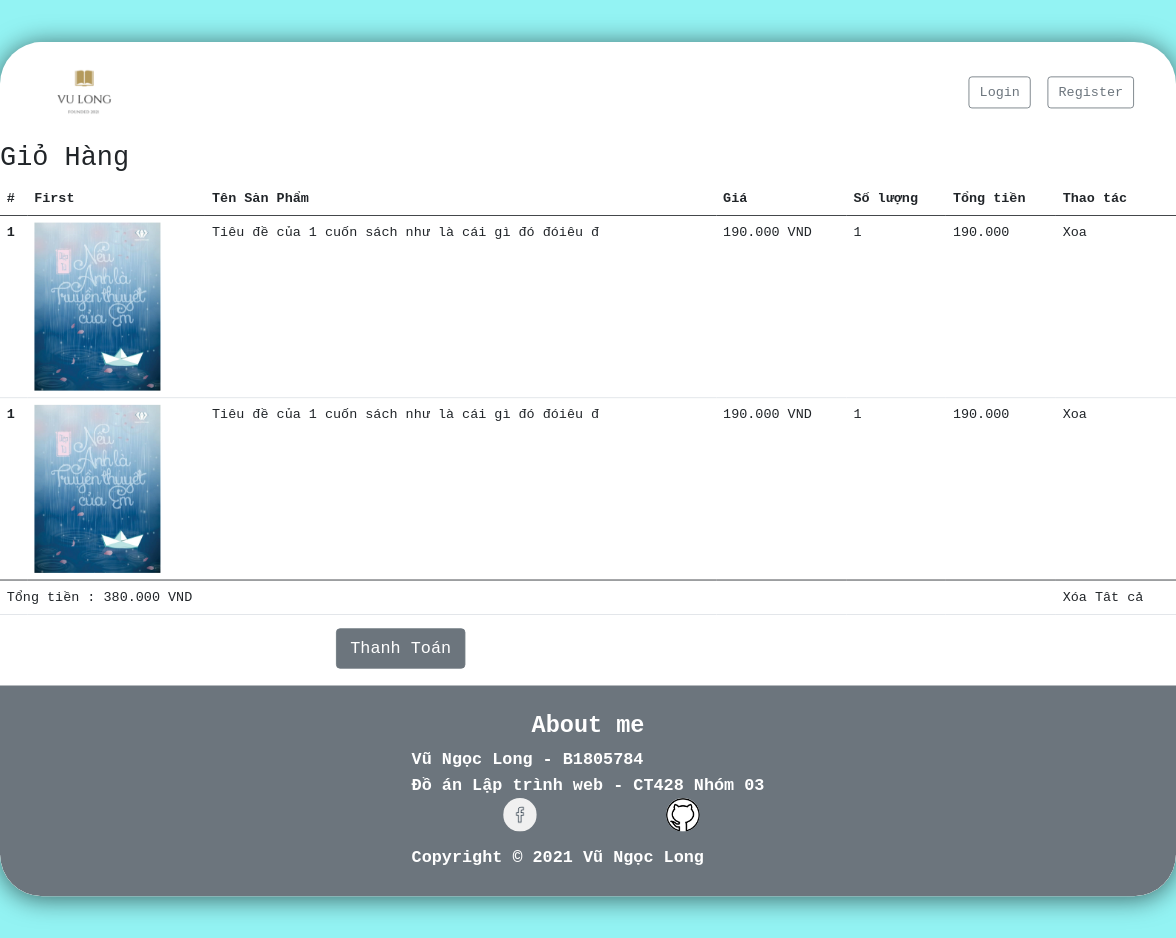
Repository: VuNgocLong2626/exercise_web_CT428
Page: VuNgocLongB1805784/user/giohang.html
The author's editor kept a copy of each file at every save. The page is drawn from the files as they stood at one save, then again after a run of saves.
The browser window is 1280 px wide. The page is 1400 px wide, so the pictures cover 1400 px, including what lies to the right of the window. The pictures show the whole page, at 84% of full size.

Above is the page before, as saved 2021-10-05 14:37:49.

### VuNgocLongB1805784/user/giohang.html
<!DOCTYPE html>
<html lang="en">
<head>
    <meta charset="UTF-8">
    <meta http-equiv="X-UA-Compatible" content="IE=edge">
    <meta name="viewport" content="width=device-width, initial-scale=1.0">
    <link href="https://cdn.jsdelivr.net/npm/bootstrap@5.0.2/dist/css/bootstrap.min.css" rel="stylesheet" integrity="sha384-EVSTQN3/azprG1Anm3QDgpJLIm9Nao0Yz1ztcQTwFspd3yD65VohhpuuCOmLASjC" crossorigin="anonymous">
    <link rel="stylesheet" href="./css/test.css">
    <title>Chi Tiết Sản Phẩm</title>
</head>
<body>
    <div class="main-contens">
        <div class="header">
            <a href="#"><img src="./image/logo120.png" alt="hinh logo" style="margin-left: 40px;"></a>
            <div class="from-individual">
                <button type="button" class="btn btn-outline-secondary" style="margin-right: 20px;">Login</button>
                <button type="button" class="btn btn-outline-secondary">Register</button>
            </div>
        </div>

        <div class="all-cart">
            <h2>Giỏ Hàng</h2>
            <table class="table">
                <thead>
                  <tr>
                    <th scope="col">#</th>
                    <th scope="col">First</th>
                    <th scope="col">Tên Sản Phẩm</th>
                    <th scope="col">Giá</th>
                    <th scope="col">Số lượng</th>
                    <th scope="col">Tổng tiền</th>
                    <th scope="col">Thao tác</th>
                  </tr>
                </thead>
                <tbody>
                  <tr>
                    <th scope="row">1</th>
                    <td><img src="./image/TT1.jpg" style="width: 150px; height: 200px;" alt=""></td>
                    <td>Tiêu đề của 1 cuốn sách như là cái gì đó đóiêu đ</td>
                    <td>190.000 VND</td>
                    <td>1</td>
                    <td>190.000</td>
                    <td>Xoa</td>
                  </tr>
                  <tr>
                    <th scope="row">1</th>
                    <td><img src="./image/TT1.jpg" style="width: 150px; height: 200px;" alt=""></td>
                    <td>Tiêu đề của 1 cuốn sách như là cái gì đó đóiêu đ</td>
                    <td>190.000 VND</td>
                    <td>1</td>
                    <td>190.000</td>
                    <td>Xoa</td>
                  </tr>
                </tbody>
                <tr>
                    <td colspan="6">Tổng tiền : 380.000 VND</td>
                    <td>Xóa Tât cả</td>
                </tr>
            </table>
            <a href="#" class="btn btn-secondary btn-lg" style="margin-left: 400px;">Thanh Toán</a>
        </div>

        <footer>
            <h3 style="font-weight: bold;">About me</h3>
            <div class=>
                <div>Vũ Ngọc Long - B1805784
                    <br>
                    Đồ án Lập trình web - CT428 Nhóm 03
                </div>
                <ul style="list-style: none; display: flex;">
                    <li><a href="#" target="_blank"><img src="./image/fb.png" alt="Github icon" style="width: 40px;height: 40px; border-radius: 200px;"></a></li>
                    <li><a href="#" target="_blank"><img src="./image/github.png" alt="Linked icon" style="width: 40px;height: 40px; border-radius: 200px;"></a></li>
                </ul>
                <div>
                    Copyright © 2021 Vũ Ngọc Long
                </div>
            </div>
        </footer>
    </div>
</body>
</html>

### VuNgocLongB1805784/user/css/test.css
* {
    margin: 0;
    padding: 0;
    box-sizing: border-box;
  }

body{
    font-family: 'Courier New', Courier, monospace;
    /* font-family: 'Times New Roman', Times, serif; */
    background-color: rgb(147, 243, 243);
}

.main-contens{
    overflow: auto;
    display: block;
    width: 1400px;
    height: 100%;
    background-color: white;
    margin: 50px auto;
    border-radius: 50px;
    box-shadow:0 3px 30px 0 rgba(0, 0, 0, 0.6);
}

/* header{
    z-index: 1200;
    position: -webkit-sticky;
    position: sticky;
    background-color: red;
    width: 100%;
    height: 100px;
} */

.header{

    position: -webkit-sticky;
    position: sticky;
    height: 120px;
    width: 100%;
    /* background-color: brown;  */
    z-index: 3333;
    justify-content: space-between;
    display: flex;
    align-items: center;
    left: 0;
    top: 0;
}

.from-individual{
    justify-content: flex-end;
    display: flex;
    margin-right: 50px;
}

/* .fa{
    display: inline-block;
    font: normal normal normal 14px/1 FontAwesome;
    text-rendering: auto;
    -webkit-font-smoothing: antialiased;
}

.fa-login{
    content: "\f090";
} */

.login{
    padding: 10px;
}

.register{
    padding: 10px;
}

.main-contens .baner{
    display: flexbox;
    margin: auto;
    /* background: violet; */
    background-image: none;
    background-repeat: no-repeat;
    background-position: center center;
    background-size: cover;
    width: 95%;
    height: 484px;
    margin: auto;
    margin-top: 20px;

}
.baner img{
    box-shadow:0 3px 20px 0 rgba(0, 0, 0, 0.6);
    border-radius: 100px;
    display: block;
    width: 100%;
    height: 474px;
}


.selling-products{
    overflow: auto;
    margin-top: 20px;
    /*  background-color: lawngreen; */
    width: 100%;
    height: 450px;
    /* display: flex; */
}

.selling-products .selling{
    width: 47%;
    height: 320px;
    overflow: auto;
    background-color: #f1f1f1;
    margin: 10px auto;
    box-shadow:0 3px 10px 0 rgba(0, 0, 0, 0.6);
    border-radius: 20px;
    /* padding: 20px; */
    /* font-size: 30px; */
}

.row-style{
    width: 658px;
    height: 320px;
}

.selling-products .title{
    display: block;
    width: 100%;
    height: 15%;
    /* background-color: #f1f1f1; */
    margin: 10px auto;
    padding-left: 40px;
    font-size: 35px;
    font-weight: bold;
    color: #6c757d;

}

.information-hot{
    display: flex;
    width: 100%;
    height: 350px;
}

.title-hot{
    margin: 20px 0;
    font-size: 20px;
    font-weight: bold;
}

.content-hot{
    height: 210px;
    width: 360px;
    overflow: auto;
}

.btn-hot{
    margin: 0 60px;
    font-size: 18px;
    width: 200px;
}

.all-products{
    overflow: auto;
    margin-top: 40px;
    /* background-color: red; */
    width: 100%;
    height: 1500px;
}

.all-products nav{
    overflow: auto;
    margin-top: 10px;
    width: 100%;
    height: 50px;
    /* background-color: rgb(52, 226, 12); */
    display: flex;
    justify-content: center;
}

nav > button{
    margin: 0 20px;
}

.all-products .products{
    /* display: flexbox; */
    overflow: auto;
    width: 100%;
    height: 1400px;
    /* background-color: gold; */
    /* justify-items: center;
    align-content: center; */
    padding-left: 60px;
}

.books{
    overflow: auto;
    float: left;
    width: 22%;
    height: 420px;
    background-color: #f1f1f1;
    margin: 13px 13px;
    border-radius: 20px;
}

.books:hover{
    box-shadow:0 3px 10px 0 rgba(0, 0, 0, 0.6);
    border-radius: 20px;
}

footer{
    height: 251px;
    border-radius: 0 0 50px 50px;
    width: 100%;
    background-color: #6c757d;
    margin-top: 20px;
    padding: 30px 0;
    display: flex;
    flex-direction: column;
    justify-content: center;
    align-items: center;
    color: white;
    font-size: 20px;
    font-weight: bold;
}

footer li{
    margin: auto;
}

.from-detail{
    /* overflow: auto; */
    margin: auto;
    height: 100%;
    width: 60%;
    background-color: #f1f1f1;
    border-radius: 50px;
}

.from-detail:hover{
    box-shadow:0 3px 10px 0 rgba(0, 0, 0, 0.6);
}

After the next 2 saves:
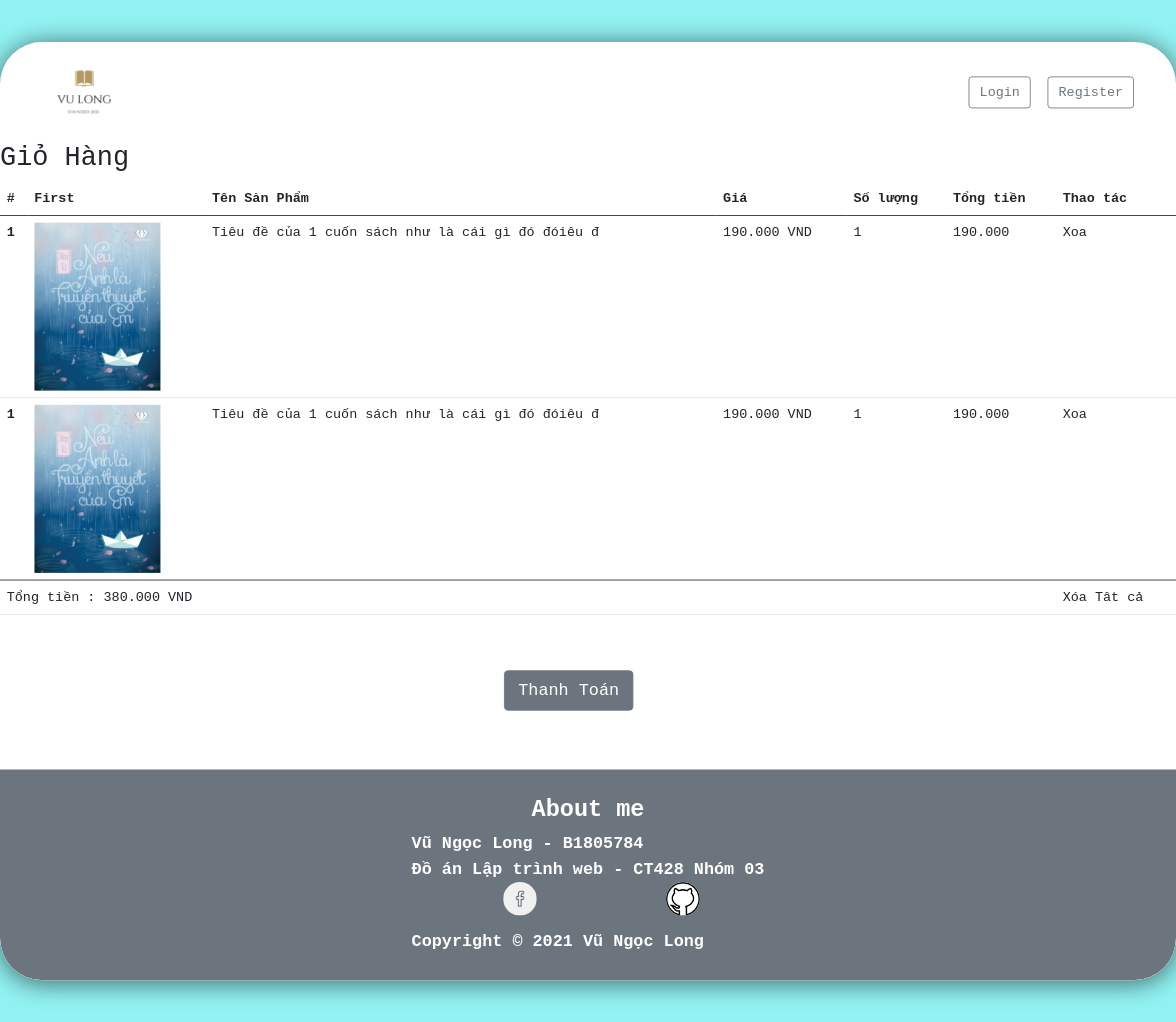
The 2 saves are shown as one change because they came seconds apart.
The last was saved 23 s later.
--- a/VuNgocLongB1805784/user/giohang.html
+++ b/VuNgocLongB1805784/user/giohang.html
@@ -57,7 +57,7 @@
                     <td>Xóa Tât cả</td>
                 </tr>
             </table>
-            <a href="#" class="btn btn-secondary btn-lg" style="margin-left: 400px;">Thanh Toán</a>
+            <a href="#" class="btn btn-secondary btn-lg" style="margin: 50px 600px;">Thanh Toán</a>
         </div>
 
         <footer>
